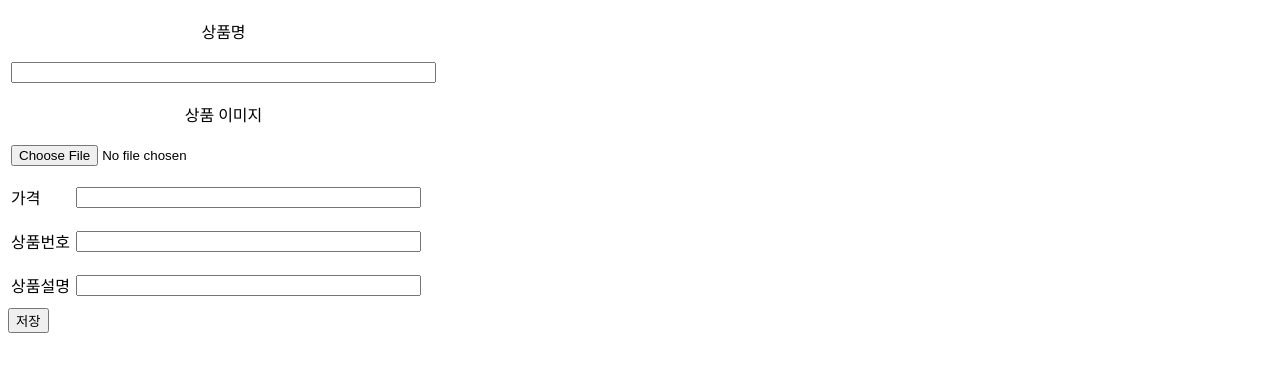
Repository: gunvv00/Java_practice
Page: html_work/html01/WebContent/goods.html
These files come from the project's save history. The page is drawn as it stood at one moment and after the next save; the edit follows.
The browser window is 1280 px wide. The pictures show the whole page.

Above is the page before, as saved 2020-01-02 07:38:52.

After the next save:
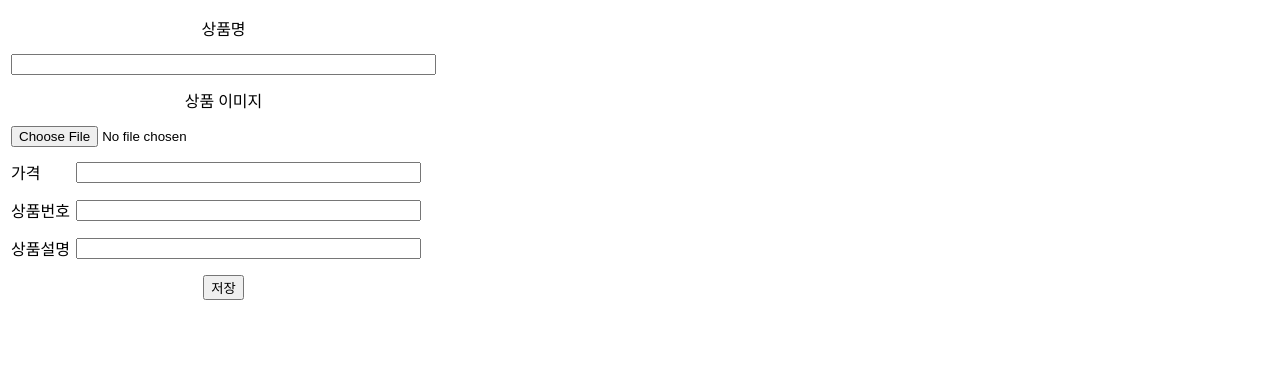
Saved 63 s later.
--- a/html_work/html01/WebContent/goods.html
+++ b/html_work/html01/WebContent/goods.html
@@ -31,10 +31,13 @@
 			<td>상품설명</td>
 			<td><input type = "explain" name="" value = "" size = "40" ></td>
 		</tr>
+		<tr align="center">
+			<td colspan="2"><input type = "submit" value = "저장"/>	</td>
+
+		</tr>
 	</TABLE>
 
-	<input type = "submit" value = "저장"
-	/>
+
 
 
 </body>
